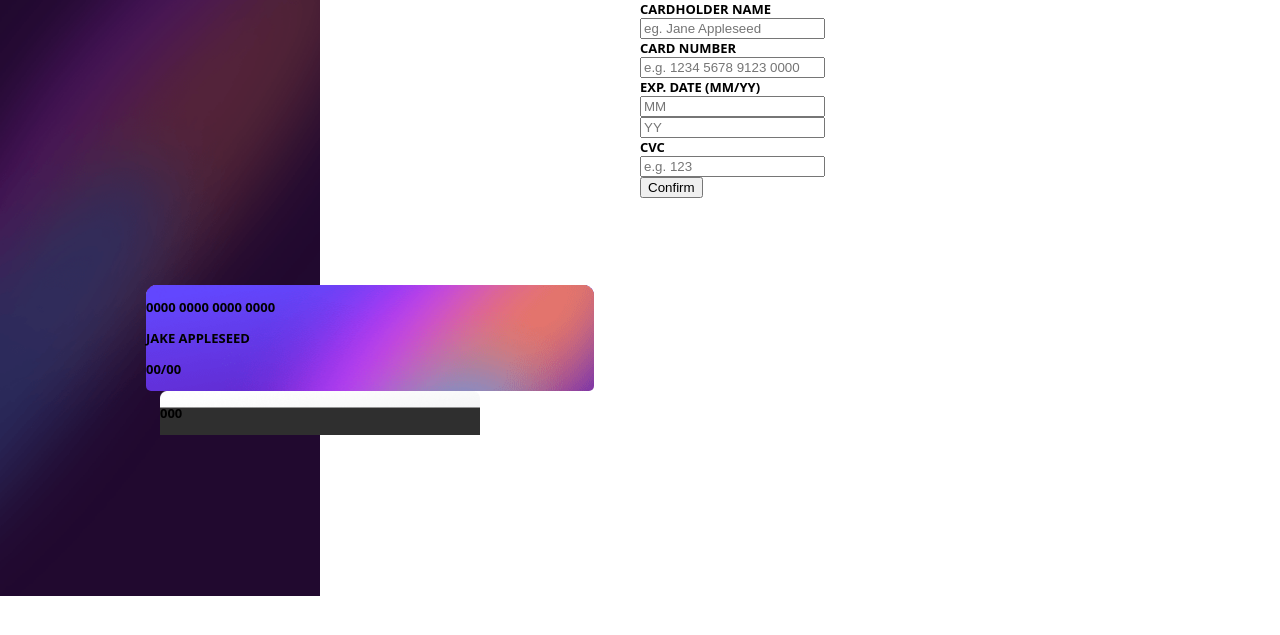
Repository: Celebration-cloud/my-project
Page: interactive-card-details-form-main/index.html
The author's editor kept a copy of each file at every save. The page is drawn from the files as they stood at one save, then again after a run of saves.
The browser window is 1280 px wide. The pictures show the whole page.

Above is the page before, as saved 2023-08-22 18:47:06.

### interactive-card-details-form-main/index.html
<!DOCTYPE html>
<html lang="en">
<head>
  <meta charset="UTF-8">
  <meta name="viewport" content="width=device-width, initial-scale=1.0"> <!-- displays site properly based on user's device -->

  <link rel="icon" type="image/png" sizes="32x32" href="./images/favicon-32x32.png">
  <link rel="stylesheet" href="index.css">

  <title>Frontend Mentor | Interactive card details form</title>

  <!-- Feel free to remove these styles or customise in your own stylesheet 👍 -->
  <style>
    .attribution { font-size: 11px; text-align: center; }
    .attribution a { color: hsl(228, 45%, 44%); }
  </style>
</head>
<body>
  <div class="container">
    <section id="section-a" class="section-a">
      <div id="card">
        <div id="profile"></div><span id="detail"></span>
        <p id="card-number">0000 0000 0000 0000</p>
        <p id="card-name">JAKE APPLESEED</p>
        <p id="exp-date">00/00</p>
      </div>
      <div id="card-back">
        <p>000</p>
      </div>

    </section>
    <!-- Add your site or application content here -->
    <!-- Card Details Form Section-->
    <section id="section-b" class="section-b">
      <form action="">
        <label for="name" id="cardholder-numeber-label">CARDHOLDER NAME</label><br/>
        <input name="name" id="cardholder-numeber-input" aria-required="false" placeholder="eg. Jane Appleseed" required/><br/>
        <label for="card-number" id="card-number-label">CARD NUMBER</label><br/>
        <input name="card-number" id="card-number-input" type="tel" aria-required="false" placeholder="e.g. 1234 5678 9123 0000" required/><br/>
        <label for="expire-date" id="expire-date-label">EXP. DATE (MM/YY)</label><br/>
        <input name="expire-date" id="expire-date" type="tel" aria-required="false" placeholder="MM" required/><br/>
        <input name="expire-date" id="expire-date2" type="tel" aria-required="false" placeholder="YY" required/><br/>
        <label for="cvc" id="cvc-label">CVC</label><br/>
        <input name="cvc" aria-required="false" id="cvc" type="tel" placeholder="e.g. 123" required/><br/>
        <button type="submit">Confirm</button>
      </form>

    </section>
  </div>

  <!-- 0000 0000 0000 0000
  00/00

  000

  Cardholder Name
  e.g. Jane Appleseed

  Card Number
  e.g. 1234 5678 9123 0000

  Exp. Date (MM/YY)
  MM
  YY

  CVC
  e.g. 123

  Confirm -->

  <!-- Completed state start -->

  <!-- Thank you!
  We've added your card details
  Continue -->

  <!-- <div class="attribution">
    Challenge by <a href="https://www.frontendmentor.io?ref=challenge" target="_blank">Frontend Mentor</a>.
    Coded by <a href="#">Your Name Here</a>.
  </div> -->
</body>
</html>

### interactive-card-details-form-main/index.css
body{
    font-family: system-ui, -apple-system, BlinkMacSystemFont, 'Segoe UI', Roboto, Oxygen, Ubuntu, Cantarell, 'Open Sans', 'Helvetica Neue', sans-serif;
    font-weight: bolder;
    font-size: small;
    margin: 0;
    padding: 0;
}
.container{
    display: flex;
}
#section-a{
    background-image: url(images/bg-main-desktop.png);
    background-size: 50%;
    background-repeat: no-repeat;
    width: 50%;
    height: 100vh;
    display: flex;
    flex-direction: column;
    justify-content: center;
}
#card{
    background-image: url(images/bg-card-front.png);
    width: 70%;
    background-size: cover;
    border-radius: 5px;
    align-self: center;
    margin-left: 100px;
}
#card-back{
    background-image: url(images/bg-card-back.png);
    background-size: cover;
    width: 50%;

    align-self: center;
}

After the next 2 saves:
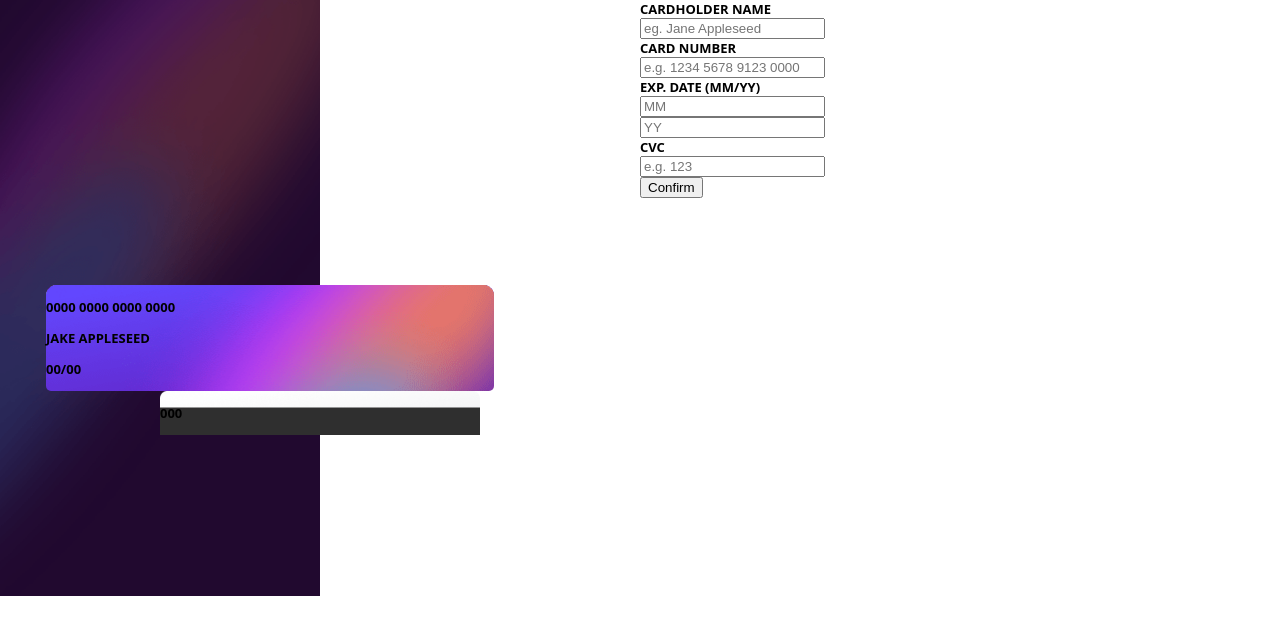
The 2 saves are shown as one change because they came seconds apart.
The last was saved 32 s later.
--- a/interactive-card-details-form-main/index.css
+++ b/interactive-card-details-form-main/index.css
@@ -24,7 +24,7 @@ body{
     background-size: cover;
     border-radius: 5px;
     align-self: center;
-    margin-left: 100px;
+    margin-right: 100px;
 }
 #card-back{
     background-image: url(images/bg-card-back.png);
